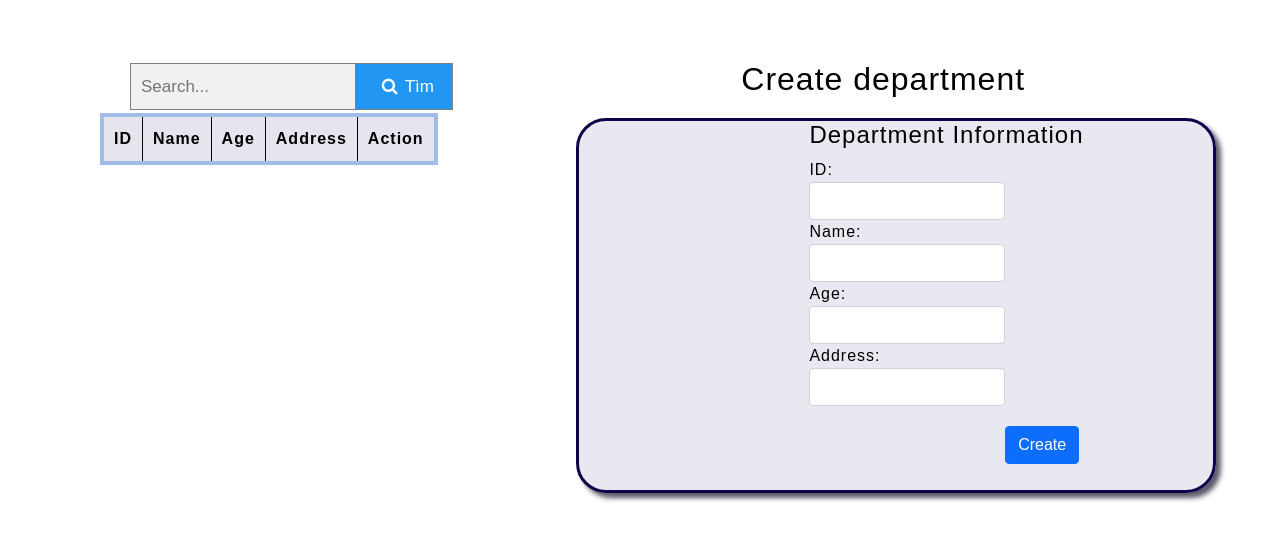
Repository: minhtuan16/JS-Basic
Page: CRUD-Department/userrr.html
These files come from the project's save history. The page is drawn as it stood at one moment and after the next save; the edit follows.
The browser window is 1280 px wide. The pictures show the whole page.

Above is the page before, as saved 2022-06-10 16:23:27.

### CRUD-Department/userrr.html
<!DOCTYPE html>
<html lang="en">
<head>
    <meta charset="UTF-8">
    <meta http-equiv="X-UA-Compatible" content="IE=edge">
    <meta name="viewport" content="width=device-width, initial-scale=1.0">
    <link rel="stylesheet" href="https://cdnjs.cloudflare.com/ajax/libs/font-awesome/4.7.0/css/font-awesome.min.css">
    <link href="https://cdn.jsdelivr.net/npm/bootstrap@5.1.3/dist/css/bootstrap.min.css" rel="stylesheet" integrity="sha384-1BmE4kWBq78iYhFldvKuhfTAU6auU8tT94WrHftjDbrCEXSU1oBoqyl2QvZ6jIW3" crossorigin="anonymous">
    <link rel="stylesheet" href="styles/style.css">
    <link rel="stylesheet" href="styles/search.css">
    <title>Department</title>
</head>
<body>

    <h2>Create department</h2>
    <!--create a form with the following fiels,email, password, first name, last name, age, address, phone, payment, color-->


    <form id="registerForm" class="container">
        <h4>Department Information</h4>
        <div class="control">
            <label>ID:</label>
            <input class="form-control" id="id" type="text" value="" />
        </div>

        <div class="control">
            <label>Name:</label>
            <input class="form-control" id="name" type="text" value="" />
        </div>
        <div class="control">
            <label>Age:</label>
            <input class="form-control" id="age" type="text" value="" />
        </div>
        <div class="control">
            <label>Address:</label>
            <input class="form-control" id="address" type="text" value="" />
        </div>

        <button type="button" class="btn btn-primary" id="btnSave" onclick="create()">Create</button>

        <button type="button" class="btn btn-primary" id="btnUpdate" onclick="update()" style="display: none;">Save</button>
    </form>

    <div class="search-container">
        <form >
            <input type="text" placeholder="Search..." id="inputt" value="">
            <button type="button" id="searchh" onclick="search()" ><i class="fa fa-search" style="width: 30px;"></i>Tìm</button>
        </form>
    </div>

    <table border="1px">

        <tr>
            <td>ID</td>
            <td>Name</td>
            <td>Age</td>
            <td>Address</td>
            <td>Action</td>
        </tr>

        <tbody id="tableBody">

        </tbody>
    </table>
    <script src="scripts/create.js"></script>
</body>
</html>

### CRUD-Department/styles/style.css
/* Global */
.control{
    width: 50%;
}
.error{
    border: 2px solid red;
}
html{
    font-family: Verdana, Geneva, Tahoma, sans-serif;
    letter-spacing: 1px;
}
h2{
    text-align: center;
}
body{
    /* background-color: #141E61; */
    color: #000000;
}
/* Nav */
a {
    display: inline-block;
    text-decoration: none;
    color: black;
    padding: 5px;
    background-color: #9498a3;
    vertical-align: middle;
    -webkit-transform: perspective(1px) translateZ(0);
    transform: perspective(1px) translateZ(0);
    box-shadow: 0 0 1px rgba(0, 0, 0, 0);
    position: relative;
}

a:before {
    content: '';
    position: absolute;
    border: #e1e1e1 solid 4px;
    top: 0;
    right: 0;
    bottom: 0;
    left: 0;
    -webkit-transition-duration: 0.3s;
    transition-duration: 0.3s;
    -webkit-transition-property: top, right, bottom, left;
    transition-property: top, right, bottom, left;
}

a:hover:before,
a:focus:before,
.a:active:before {
    top: -8px;
    right: -8px;
    bottom: -8px;
    left: -8px;
}

/* Index */
#sign-in {
    border: #0F044C solid 3px;
    background-color: #1225ee34;
    box-shadow: 5px 5px 5px #0F044C;
    padding-left: 20%;
    padding-bottom: 20%;
    width: 20rem;
    margin-left: 20%;
    border-radius: 30px;
}

/* Register */
.nav-btn {
    margin-left: 20px;
    margin-top: 20px
}

h2 {
    margin-left: 38%;
    margin-top: 60px;
}

#registerForm {
    border: #0F044C solid 3px;
    background-color: #8f92b434;
    box-shadow: 5px 5px 5px #5c5a68;
    padding-left: 18%;
    padding-bottom: 2%;
    width: 50%;
    margin-left: 45%;
    border-radius: 30px;
    margin-top: 20px;
}

#btnSave {
    margin-left: 50%;
    margin-top: 20px;
}

#btnShow {
    margin-left: -80%;
    margin-top: 20px;
}

#btnUpdate {
    margin-left: 50%;
    margin-top: 20px;
}

/* Users */
table {
    border: #a0bce7 4px solid;
    background-color: #8184a734;
    /* margin-top: 50px;
    margin-left: 500px; */
    margin-top: -380px;
    margin-left: 100px;
}

/* h1 {
    margin-top: -450px;
} */
table form input {
    margin-left: 100px;
}

table td {
    border: #000000 1px solid;
    text-align: center;
    font-weight: 900;
    padding: 10px;
}

td {
    font-weight: 100;
    border: #e1e1e1 solid 1px;
    padding: 5px;
}

### CRUD-Department/styles/search.css
* {box-sizing: border-box;}

body {
  margin: 0;
  font-family: Arial, Helvetica, sans-serif;
}

.search-container {
    float: left;
}
.search-container input[type=text] {
    padding: 10px;
    font-size: 17px;
    border: 1px solid grey;
    float: left;
    width: 70%;
    background: #f1f1f1;
}

.search-container button {
    float: left;
    width: 30%;
    padding: 10px;
    background: #2196F3;
    color: white;
    font-size: 17px;
    border: 1px solid grey;
    border-left: none;
    cursor: pointer;
}

.topnav .search-container button:hover {
  background: #ccc;
}

@media screen and (max-width: 600px) {
  .topnav .search-container {
    float: none;
  }
  .topnav a, .topnav input[type=text], .topnav .search-container button {
    float: none;
    display: block;
    text-align: left;
    width: 100%;
    margin: 0;
    padding: 14px;
  }
  .topnav input[type=text] {
    border: 1px solid #ccc;
  }
}

.search-container {
    margin-left: 130px;
    margin-top: -430px;
}

### CRUD-Department/scripts/create.js

var data = [
    {id: 1, name: "xyz1", age: 18, address: "hn"},
    {id: 2, name: "xyz2", age: 20, address: "hn"},
    {id: 3, name: "xyz3", age: 21, address: "hn"}
]

function drawTable(person) {
    var table = document.createElement("table");
    var tr = document.createElement("tr");
    var tdid = document.createElement("td");
    var tdName = document.createElement("td");
    var tdAge = document.createElement("td");
    var tdAddress = document.createElement("td");
    var tdOption = document.createElement("td");

    var editBtn = document.createElement("button");
    var deleteBtn = document.createElement("button");

    editBtn.innerText = 'Edit';
    deleteBtn.innerText = 'Delete';

    tdOption.appendChild(editBtn);
    tdOption.appendChild(deleteBtn);

    //bat su kien edit
    editBtn.onclick = function() {
        editPerson(person.id);
    }

    //bat su kien edit
    deleteBtn.onclick = function() {
        deletePerson(person.id);
    }

    tdid.innerHTML = person.id;
    tdName.innerHTML = person.name;
    tdAge.innerHTML = person.age;
    tdAddress.innerHTML = person.address;

    tr.appendChild(tdid);
    tr.appendChild(tdName);
    tr.appendChild(tdAge);
    tr.appendChild(tdAddress);
    tr.appendChild(tdOption)

    var tableBody = document.getElementById("tableBody");
    tableBody.appendChild(tr);
}

function resetDrawTable(persons) {
    var tableBody = document.getElementById("tableBody");
    tableBody.innerHTML = "";

    for (var i = 0; i < persons.length; i++) {
        drawTable(persons[i]);
    }
}

// resetDrawTable(data)
function create() {

    var id = document.getElementById("id").value;
    var name = document.getElementById("name").value;
    var age = document.getElementById("age").value;
    var address = document.getElementById("address").value;

    if (id.length > 0 && name.length > 0 && age.length > 0 && address.length > 0) {
        var p = {id: id, name: name, age: age, address: address};

        data.push(p);

        resetDrawTable(data);

        alert('Create Success');

        document.getElementById("id").value = "";
        document.getElementById("name").value = "";
        document.getElementById("age").value = "";
        document.getElementById("address").value = "";

    } else {
        alert('Dien day du thong tin');
    }
}

function editPerson(id) {
    var index = data.findIndex(x => x.id == id);
    let person = data[index];

    var idIp = document.getElementById("id");
    var nameIp = document.getElementById("name");
    var ageIp = document.getElementById("age");
    var addressIp = document.getElementById("address");

    idIp.value = person.id;
    nameIp.value = person.name;
    ageIp.value = person.age;
    addressIp.value = person.address;

    document.getElementById("btnUpdate").style.display = 'block';
    document.getElementById("btnSave").style.display = 'none';
}

function update() {
    var idIp = document.getElementById("id");
    var nameIp = document.getElementById("name");
    var ageIp = document.getElementById("age");
    var addressIp = document.getElementById("address");

    var id = idIp.value;
    var name = nameIp.value;
    var age = ageIp.value;
    var address = addressIp.value;

    var index = data.findIndex(x => x.id == id);

    if (id.length > 0 && name.length > 0 && age.length > 0 && address.length > 0) {
        data[index] = {id: id, name: name, age: age, address: address};

        resetDrawTable(data);
        alert('Update Success');

        idIp.value = "";
        nameIp.value = "";
        ageIp.value = "";
        addressIp.value = "";

    } else {
        alert('Dien day du thong tin');
    }

    document.getElementById("btnUpdate").style.display = 'none';
    document.getElementById("btnSave").style.display = 'block';
}

function deletePerson(id) {
    var newData = data.filter(x => x.id != id);

    data = newData;

    resetDrawTable(data);
}

function search() {
    var input = document.getElementById("inputt").value;

        if (input.length == null) {

            console.log(data)
            resetDrawTable(data)
        } else if (input.length > 0) {
            var index = data.filter( x => x.name == input );

            data = index;
            // data[index] = {id: id, name: name, age: age, address: address};
            resetDrawTable(data)

        }
}

After the next save:
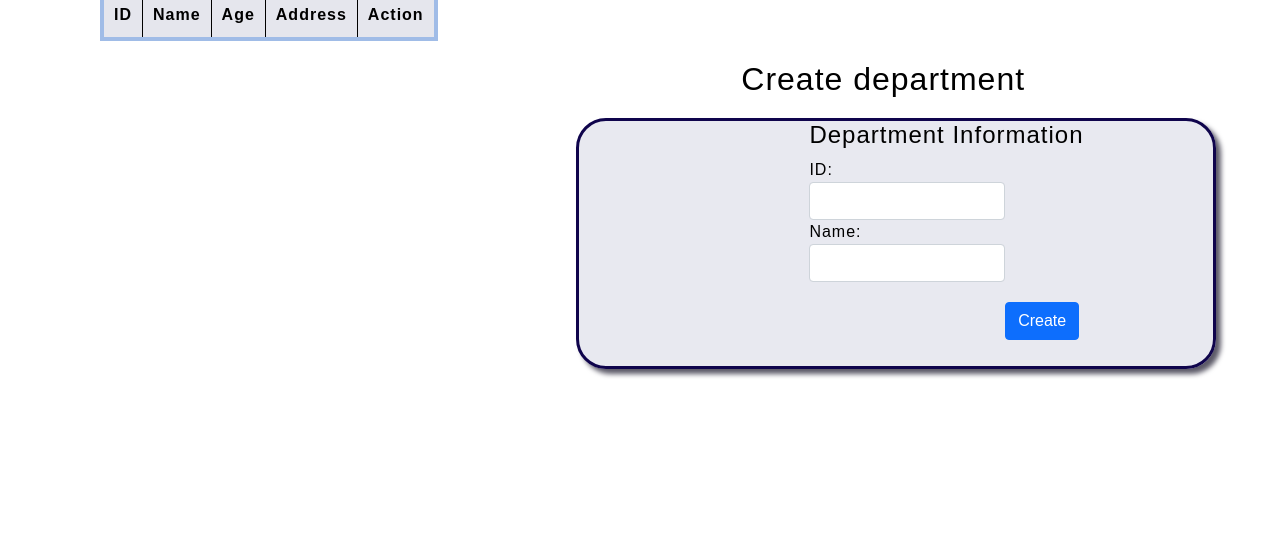
Saved 48 s later.
--- a/CRUD-Department/userrr.html
+++ b/CRUD-Department/userrr.html
@@ -26,14 +26,6 @@
         <div class="control">
             <label>Name:</label>
             <input class="form-control" id="name" type="text" value="" />
-        </div>
-        <div class="control">
-            <label>Age:</label>
-            <input class="form-control" id="age" type="text" value="" />
-        </div>
-        <div class="control">
-            <label>Address:</label>
-            <input class="form-control" id="address" type="text" value="" />
         </div>
 
         <button type="button" class="btn btn-primary" id="btnSave" onclick="create()">Create</button>
